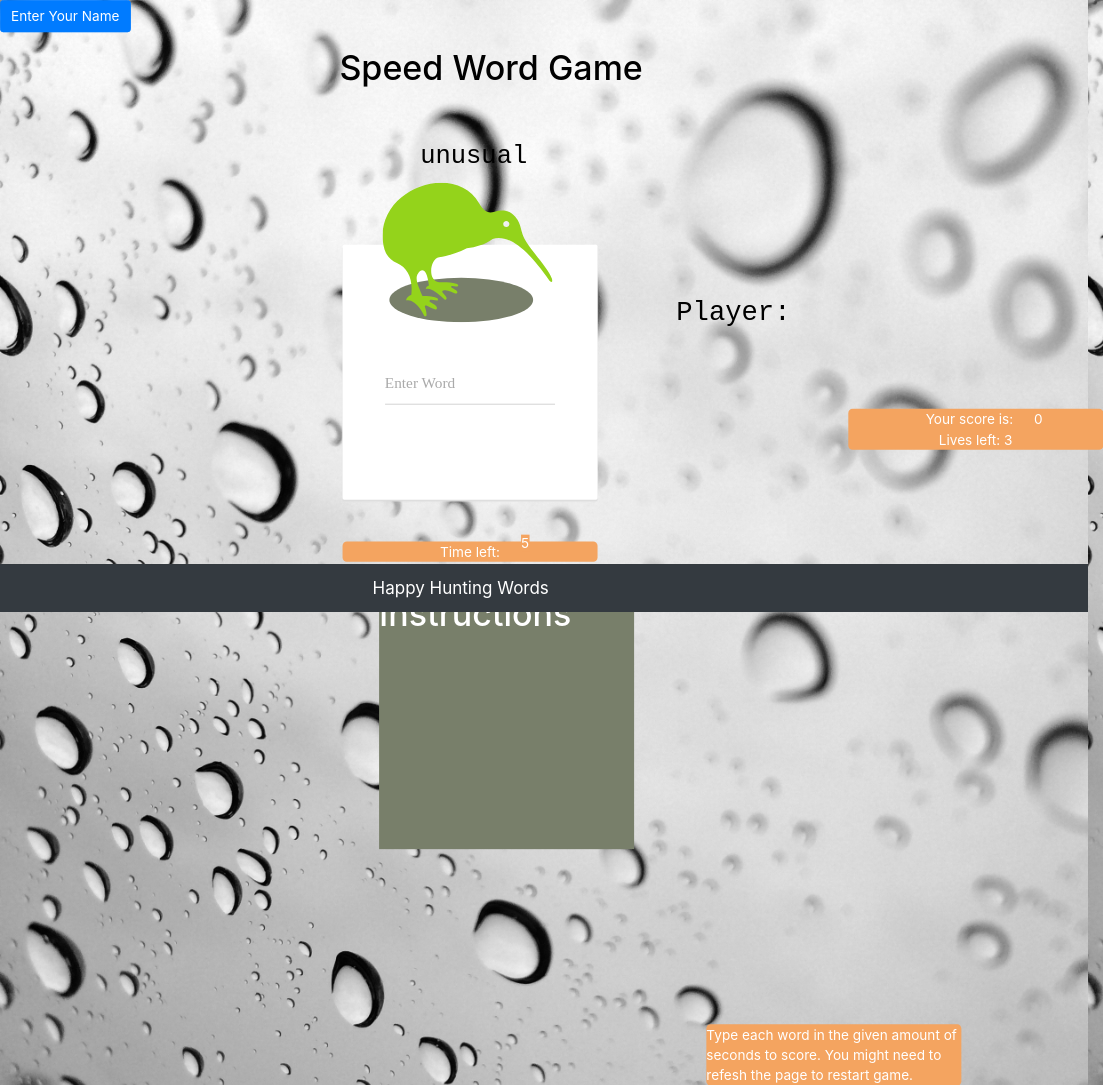
Repository: konstantin0s/word-game-project
Page: index.html
An editor plug-in stored every save of this project. The page is shown before and after the next save, followed by the edit.
The browser window is 1280 px wide. The page is 1298 px wide, so the pictures cover 1298 px, including what lies to the right of the window. The pictures show the whole page, at 85% of full size.
Backgrounds fixed to the window are drawn as part of the page. Some web libraries are served in a nearby version.

Above is the page before, as saved 2019-02-12 15:12:03.
Console error: ReferenceError: loadSound is not defined

After the next save:
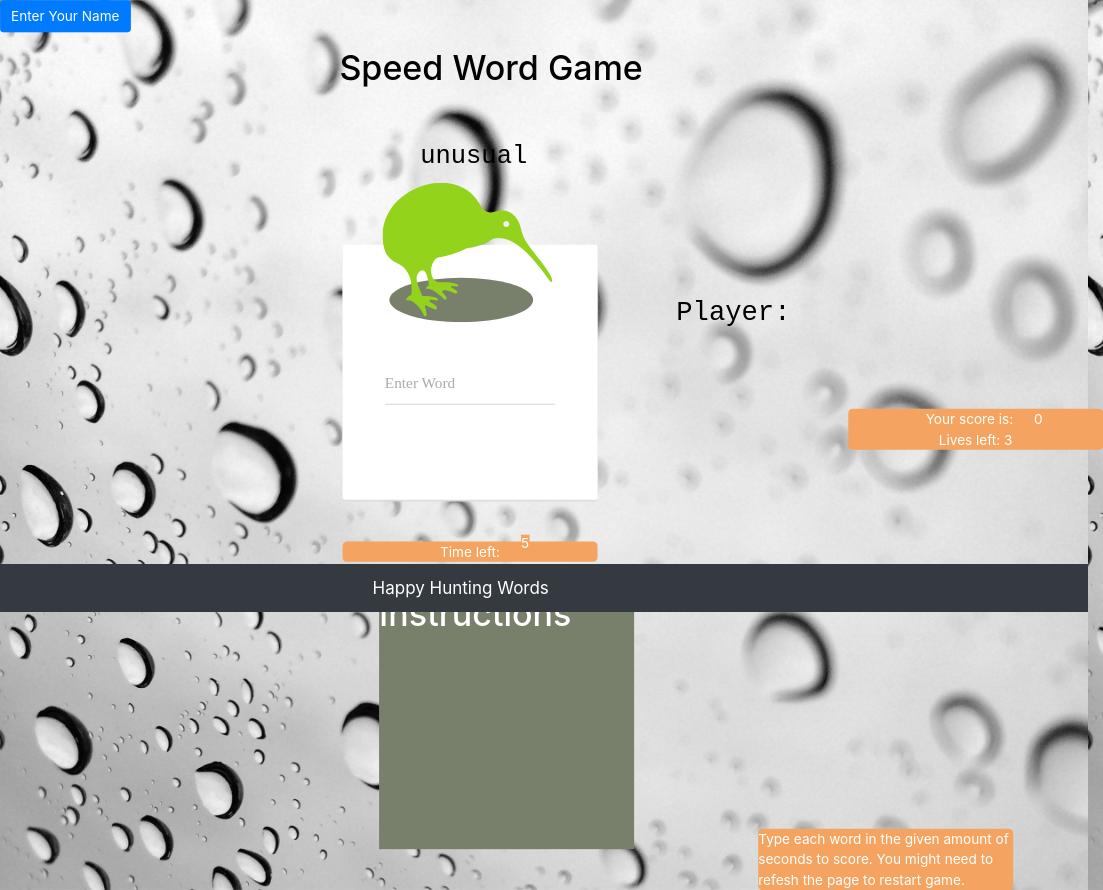
Saved 12 s later.
--- a/css/style.css
+++ b/css/style.css
@@ -223,5 +223,6 @@ b {
 
 .instructions p {
   position: relative;
-
-}
+  left: 446px;
+  top: 220px;
+}
